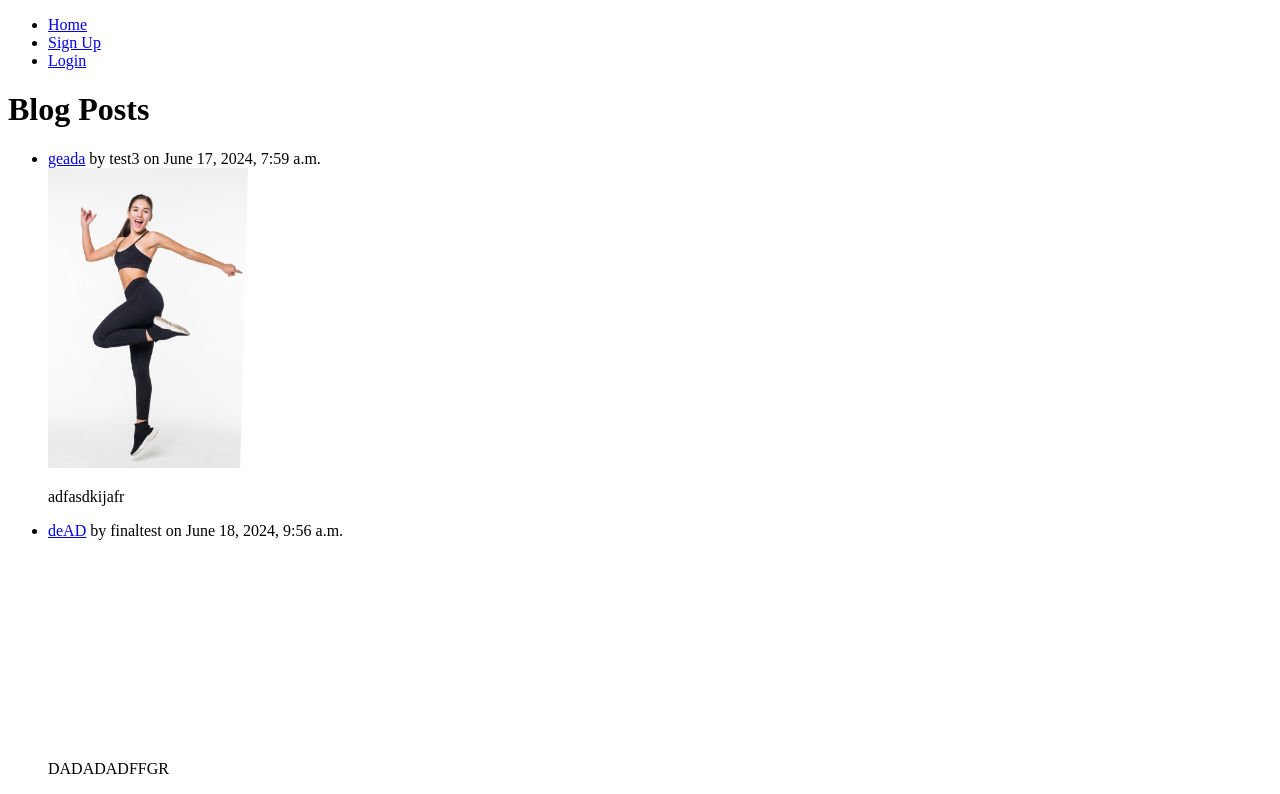
Repository: AchuVinod/miniblog
Page: http://localhost/
An editor plug-in stored every save of this project. The page is shown before and after a run of saves, followed by the edit.
The browser window is 1280 px wide. The pictures show the whole page.
The page is served by the project's application, run on Django 5.2 (manage.py). Other server files are loaded and not shown. The page reads the database file committed with the project.

Above is the page before, as saved 2024-06-16 17:45:06.

### blog_project/blog/templates/blog/home.html
{% extends 'base.html' %}

{% block title %}Blog Home{% endblock %}

{% block content %}
    <h1>Blog Posts</h1>
    <ul>
        {% for post in posts %}
            <li>
                <a href="{% url 'post_detail' post.pk %}">{{ post.title }}</a> by {{ post.author.username }} on {{ post.created_at }}
                <br>
                <img src="{{ post.image.url }}" alt="{{ post.title }}" style="max-width: 200px;">
                <p>{{ post.description|truncatewords:30 }}</p>
            </li>
        {% endfor %}
    </ul>
{% endblock %}

### blog_project/blog/templates/base.html
<!DOCTYPE html>
<html>
<head>
    <title>{% block title %}Blog{% endblock %}</title>
</head>
<body>
    <nav>
        <ul>
            <li><a href="{% url 'home' %}">Home</a></li>
            {% if user.is_authenticated %}
                <li><a href="{% url 'logout' %}">Logout</a></li>
                <li><a href="{% url 'create_post' %}">Create Post</a></li>
            {% else %}
                <li><a href="{% url 'signup' %}">Sign Up</a></li>
                <li><a href="{% url 'login' %}">Login</a></li>
            {% endif %}
        </ul>
    </nav>

    <div>
        {% block content %}
        {% endblock %}
    </div>

</body>
</html>

### blog_project/blog/models.py
from django.db import models
from django.contrib.auth.models import User

class Post(models.Model):
    title = models.CharField(max_length=200)
    description = models.TextField()
    image = models.ImageField(upload_to='blog_images/')
    author = models.ForeignKey(User, on_delete=models.CASCADE)
    created_at = models.DateTimeField(auto_now_add=True)

    def __str__(self):
        return self.title

class Comment(models.Model):
    post = models.ForeignKey(Post, related_name='comments', on_delete=models.CASCADE)
    author = models.ForeignKey(User, on_delete=models.CASCADE)
    text = models.TextField()
    created_at = models.DateTimeField(auto_now_add=True)

    def __str__(self):
        return self.text

### blog_project/blog/views.py
from django.shortcuts import render, get_object_or_404, redirect
from django.contrib.auth import login, authenticate
from django.contrib.auth.decorators import login_required
from django.contrib.auth.forms import AuthenticationForm
from .models import Post, Comment
from .forms import SignUpForm, PostForm, CommentForm
from django.http import HttpResponseForbidden
from django.contrib.auth.forms import UserCreationForm


def signup(request):
    if request.method == 'POST':
        form = UserCreationForm(request.POST)
        if form.is_valid():
            form.save()
            username = form.cleaned_data.get('username')
            raw_password = form.cleaned_data.get('password1')
            user = authenticate(username=username, password=raw_password)
            login(request, user)
            return redirect('login')  # Redirect to login page after signup
    else:
        form = UserCreationForm()
    return render(request, 'blog/signup.html', {'form': form})

def login_view(request):
    if request.method == 'POST':
        form = AuthenticationForm(request, data=request.POST)
        if form.is_valid():
            username = form.cleaned_data.get('username')
            password = form.cleaned_data.get('password')
            user = authenticate(username=username, password=password)
            if user is not None:
                login(request, user)
                return redirect('home')
    else:
        form = AuthenticationForm()
    return render(request, 'blog/login.html', {'form': form})

def home(request):
    posts = Post.objects.all()
    return render(request, 'blog/home.html', {'posts': posts})

@login_required
def create_post(request):
    if request.method == 'POST':
        form = PostForm(request.POST, request.FILES)
        if form.is_valid():
            post = form.save(commit=False)
            post.author = request.user
            post.save()
            return redirect('home')
    else:
        form = PostForm()
    return render(request, 'blog/create_post.html', {'form': form})

def post_detail(request, pk):
    post = get_object_or_404(Post, pk=pk)
    comments = Comment.objects.filter(post=post)
    if request.method == 'POST':
        form = CommentForm(request.POST)
        if form.is_valid():
            comment = form.save(commit=False)
            comment.author = request.user
            comment.post = post
            comment.save()
            return redirect('post_detail', pk=post.pk)
    else:
        form = CommentForm()
    return render(request, 'blog/post_detail.html', {'post': post, 'comments': comments, 'form': form})

@login_required
def delete_post(request, pk):
    post = get_object_or_404(Post, pk=pk)
    if request.user == post.author:
        post.delete()
        return redirect('home')
    else:
        return HttpResponseForbidden()

### blog_project/blog_project/urls.py
"""
URL configuration for blog_project project.

The `urlpatterns` list routes URLs to views. For more information please see:
    https://docs.djangoproject.com/en/5.0/topics/http/urls/
Examples:
Function views
    1. Add an import:  from my_app import views
    2. Add a URL to urlpatterns:  path('', views.home, name='home')
Class-based views
    1. Add an import:  from other_app.views import Home
    2. Add a URL to urlpatterns:  path('', Home.as_view(), name='home')
Including another URLconf
    1. Import the include() function: from django.urls import include, path
    2. Add a URL to urlpatterns:  path('blog/', include('blog.urls'))
"""
from django.contrib import admin
from django.urls import path, include
from django.conf import settings
from django.conf.urls.static import static

urlpatterns = [
    path('admin/', admin.site.urls),
    path('blog/', include('blog.urls')),
    path('', include('blog.urls')),
]

if settings.DEBUG:
    urlpatterns += static(settings.MEDIA_URL, document_root=settings.MEDIA_ROOT)

### blog_project/blog/urls.py
from django.urls import path
from django.contrib.auth import views as auth_views
from . import views

urlpatterns = [
    path('signup/', views.signup, name='signup'),
    path('login/', views.login_view, name='login'),
    path('logout/', auth_views.LogoutView.as_view(), name='logout'),  # Correct logout URL
    path('', views.home, name='home'),
    path('post/<int:pk>/', views.post_detail, name='post_detail'),
    path('post/new/', views.create_post, name='create_post'),
    path('post/<int:pk>/delete/', views.delete_post, name='delete_post'),
]

### blog_project/db.sqlite3 (the tables this page reads, as SQL)
CREATE TABLE "auth_user" ("id" integer NOT NULL PRIMARY KEY AUTOINCREMENT, "password" varchar(128) NOT NULL, "last_login" datetime NULL, "is_superuser" bool NOT NULL, "username" varchar(150) NOT NULL UNIQUE, "last_name" varchar(150) NOT NULL, "email" varchar(254) NOT NULL, "is_staff" bool NOT NULL, "is_active" bool NOT NULL, "date_joined" datetime NOT NULL, "first_name" varchar(150) NOT NULL);
INSERT INTO "auth_user" VALUES
(1, 'pbkdf2_sha256$720000$mdm1uPf3BpA6bMOWZK5LPM$cpjfny8iS3UlyTfRPLw8OA0leuXYn0eV8hhHsaSeFJc=', '2024-06-16 12:49:52.361171', 0, 'text', '', 'achuvinod8182@gmail.com', 0, 1, '2024-06-16 11:29:02.327586', ''),
(2, 'pbkdf2_sha256$720000$NpaS63cu774BLLUlRCkhr0$vY9VWpX4pO0PDaxFu6vF5+gGuLMWhOxd5CTeGTEqf0g=', '2024-06-17 08:00:08.258102', 0, 'test2', '', 'test2@gmail.com', 0, 1, '2024-06-16 12:02:50.787407', ''),
(3, 'pbkdf2_sha256$720000$Ukl7vDVfBnqRIhI0TDP3zQ$4iC9GfJAEXq8veW8/r0kyUoNowq2BZGsdKOUoKrO+5o=', '2024-06-18 10:06:09.334738', 0, 'test3', '', '', 0, 1, '2024-06-16 12:08:17.090326', ''),
(4, 'pbkdf2_sha256$720000$Ac23yZs36kM5qroDcUxzFV$dnQB2nI3gt3kjez8VWo7cCZ0FZgRe+YX9WjHt3SmUe8=', '2024-06-18 10:05:36.072247', 0, 'finaltest', '', '', 0, 1, '2024-06-17 09:20:35.363524', '');

CREATE TABLE "blog_post" ("id" integer NOT NULL PRIMARY KEY AUTOINCREMENT, "title" varchar(200) NOT NULL, "description" text NOT NULL, "image" varchar(100) NOT NULL, "created_at" datetime NOT NULL, "author_id" integer NOT NULL REFERENCES "auth_user" ("id") DEFERRABLE INITIALLY DEFERRED);
INSERT INTO "blog_post" VALUES
(4, 'geada', 'adfasdkijafr', 'blog_images/sporty-young-woman-jumping-isolated-white-wall.jpg', '2024-06-17 07:59:53.167689', 3),
(5, 'deAD', 'DADADADFFGR', 'blog_images/logo.png', '2024-06-18 09:56:15.404623', 4);

After the next 20 saves:
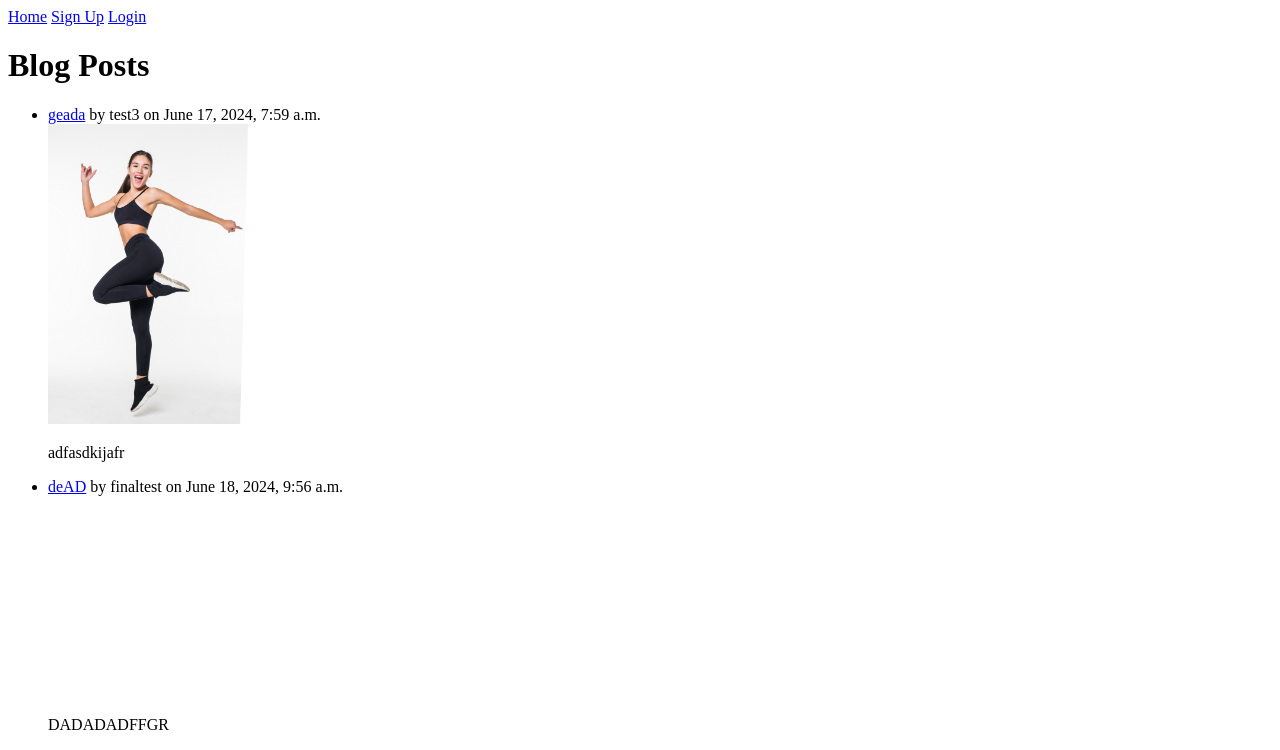
The 20 saves are shown as one change because they came seconds apart.
The last was saved 17 min 38 s later.
--- a/blog_project/blog/templates/base.html
+++ b/blog_project/blog/templates/base.html
@@ -5,16 +5,16 @@
 </head>
 <body>
     <nav>
-        <ul>
-            <li><a href="{% url 'home' %}">Home</a></li>
+
+        <a href="{% url 'home' %}">Home</a>
             {% if user.is_authenticated %}
-                <li><a href="{% url 'logout' %}">Logout</a></li>
-                <li><a href="{% url 'create_post' %}">Create Post</a></li>
+                <a href="{% url 'logout' %}">Logout</a>
+                <a href="{% url 'create_post' %}">Create Post</a>
             {% else %}
-                <li><a href="{% url 'signup' %}">Sign Up</a></li>
-                <li><a href="{% url 'login' %}">Login</a></li>
+                <a href="{% url 'signup' %}">Sign Up</a>
+                <a href="{% url 'login' %}">Login</a>
             {% endif %}
-        </ul>
+
     </nav>
 
     <div>
